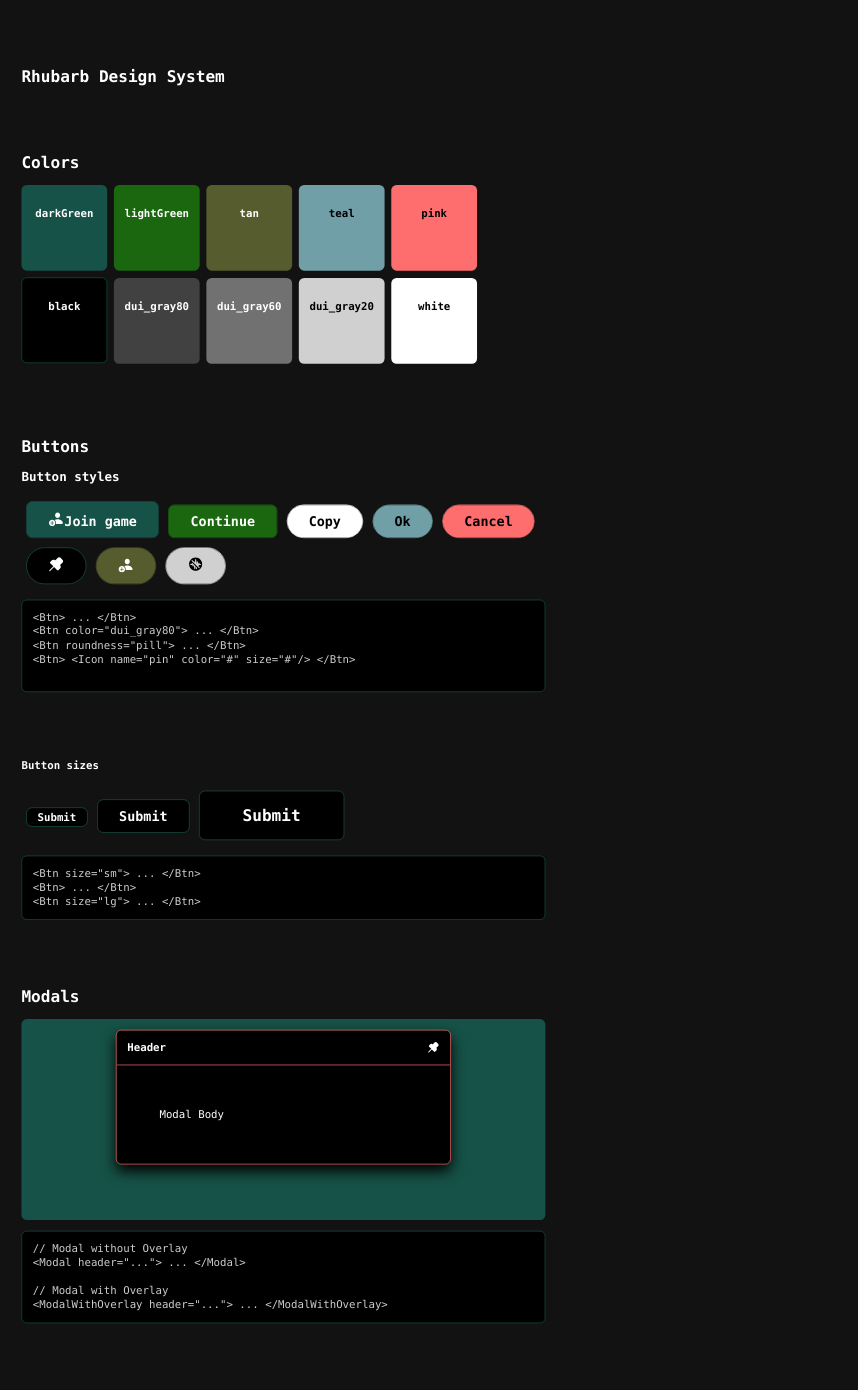
Repository: kttalley/designing-with-data_react-class
Page: / (app in lesson6_design-system-component-extension/)
An editor plug-in stored every save of this project. The page is shown before and after a run of saves, followed by the edit.
The browser window is 1280 px wide. The pictures show the whole page, at 67% of full size.
The project was rebuilt for these pictures with package versions that can differ from the ones it lists, and the page was loaded fresh each time. Imported but missing from the stored project, and not drawn on this page: lesson6_design-system-component-extension/src/Rhubarb/Input.

Above is the page before, as saved 2023-09-01 13:15:31.

After the next 2 saves:
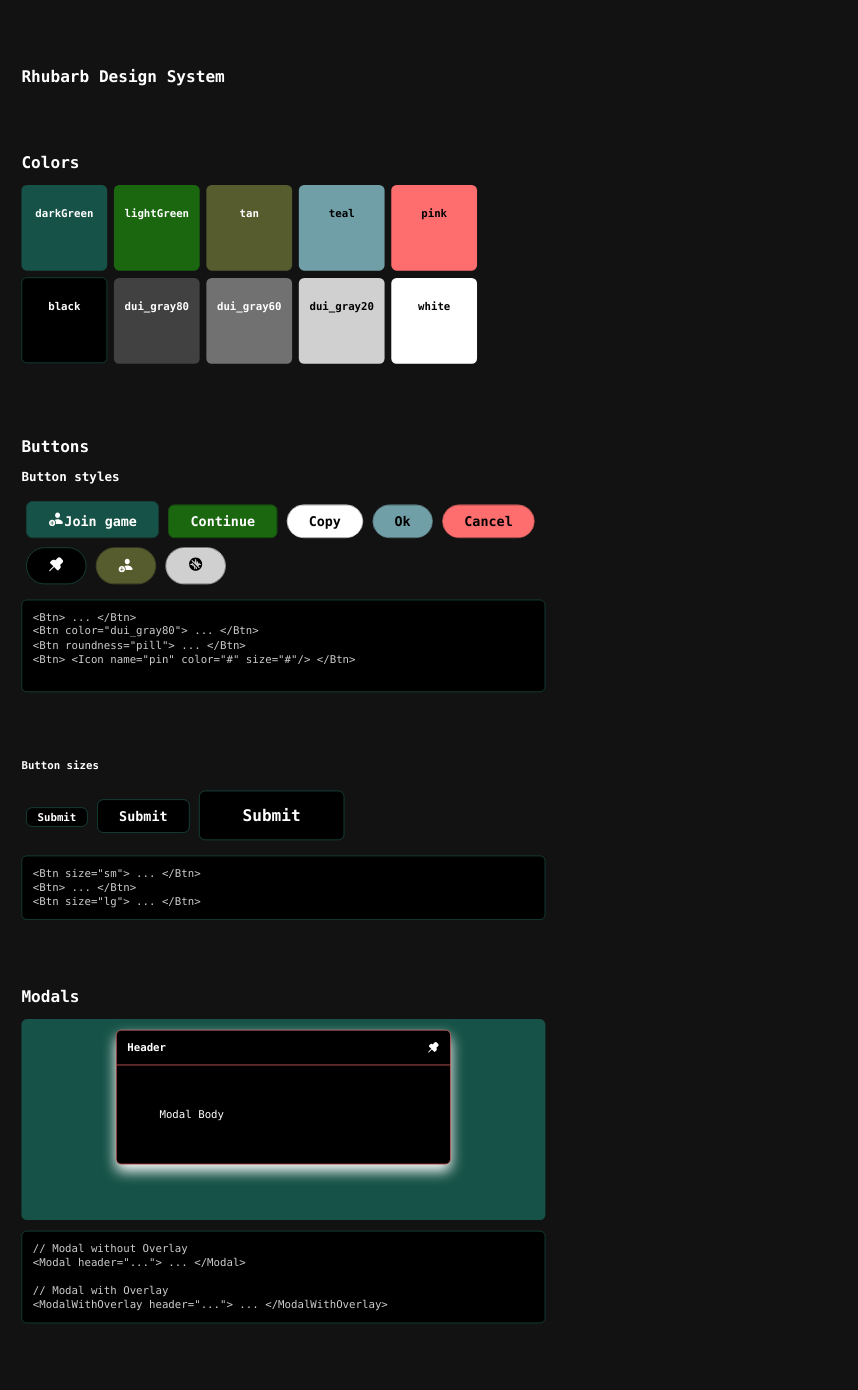
The 2 saves are shown as one change because they came seconds apart.
The last was saved 9 s later.
--- a/lesson6_design-system-component-extension/src/Rhubarb/Modal.js
+++ b/lesson6_design-system-component-extension/src/Rhubarb/Modal.js
@@ -29,7 +29,7 @@ const ModalContainer = styled.div`
   border-radius: 8px;
   overflow: auto;
   border: 1px solid ${color.pink};
-  box-shadow: 0px 10px 20px black;
+  box-shadow: 0px 10px 20px white;
 `;
 
 const ModalHeader = styled.div`
